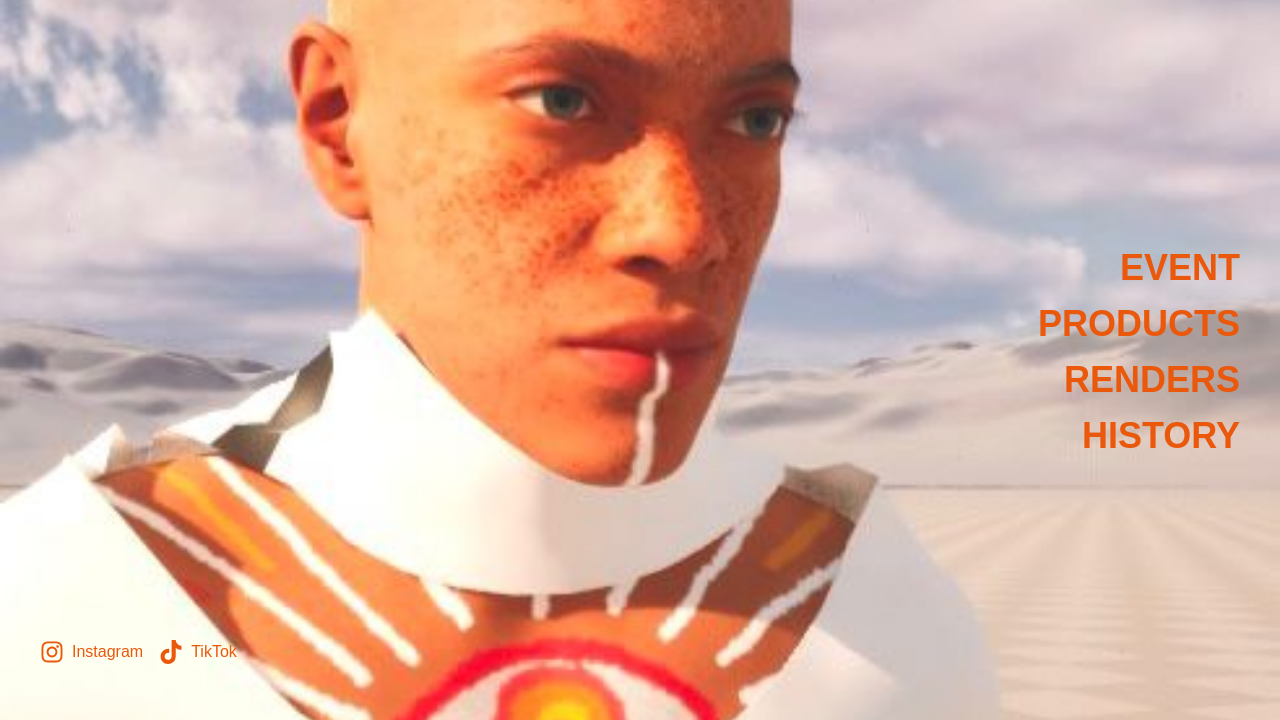
Repository: BOGARTCONCEPT/bogart-web
Page: /
These files come from the project's save history. The page is drawn as it stood at one moment and after the next save; the edit follows.
The browser window is 1280 px wide. The pictures show the whole page.
The project was rebuilt for these pictures with package versions that can differ from the ones it lists, and the page was loaded fresh each time. The framework's server and built-in components were replaced by stand-ins that run in the browser. Also part of the build but not shown: next.config.ts.

Above is the page before, as saved 2025-02-11 09:21:31.

### src/app/page.tsx
import HomeComponent from "@/components/HomeComponent";

export default function Home() {
  return (
    <HomeComponent />
  );
}

### src/components/HomeComponent.tsx
import { FontAwesomeIcon } from "@fortawesome/react-fontawesome"
import { faInstagram } from "@fortawesome/free-brands-svg-icons/faInstagram"
import { faTiktok } from "@fortawesome/free-brands-svg-icons/faTiktok"
import Link from "next/link"

const menuItems = [
  { text: "EVENT", url: "https://www.fourvenues.com/es/bogart", enabled: true },
  { text: "PRODUCTS", url: "/products", enabled: false },
  { text: "RENDERS", url: "/renders", enabled: false },
  { text: "HISTORY", url: "/history", enabled: false },
]

export default function HomeComponent() {
  return (
    <div
      className="relative min-h-screen flex flex-col font-geist"
      style={{
        backgroundImage: `url('/imgs/bogart3d.jpeg')`,
        backgroundSize: "cover",
        backgroundRepeat: "no-repeat",
        backgroundPosition: "center",
      }}
    >
      {/* Right side menu */}
      <div className="absolute right-10 top-1/2 transform -translate-y-1/2 text-right">
        {menuItems.map((item, index) => (
          <Link
            key={index}
            href={item.enabled ? item.url : ''}
            className="group block mb-4 text-4xl font-bold text-orange-600 hover:text-gray-700 transition-all duration-300 ease-in-out"
          >
            <span className="inline-block transform transition-all duration-300 ease-in-out group-hover:skew-x-12 group-hover:scale-90 origin-right">
              {item.text}
            </span>
          </Link>
        ))}
      </div>

      {/* Bottom social links */}
      <div className="mt-auto w-full flex justify-start items-end p-4 px-10 mb-10">
        <div className="flex space-x-4">
          <a
            href="https://www.instagram.com/bogartconcept/"
            target="_blank"
            rel="noopener noreferrer"
            className="flex items-center space-x-2 text-orange-600 hover:text-gray-700 transition-colors"
          >
            <FontAwesomeIcon icon={faInstagram} className="w-6 h-6" />
            <span>Instagram</span>
          </a>
          <a
            href="https://www.tiktok.com/@bogartconcept"
            target="_blank"
            rel="noopener noreferrer"
            className="flex items-center space-x-2 text-orange-600 hover:text-gray-700 transition-colors"
          >
            <FontAwesomeIcon icon={faTiktok} className="w-6 h-6" />
            <span>TikTok</span>
          </a>
        </div>
      </div>
    </div>
  )
}

Loaded but not shown: src/app/layout.tsx (common file); src/app/globals.css (common file); tailwind.config.ts (common file)

After the next save:
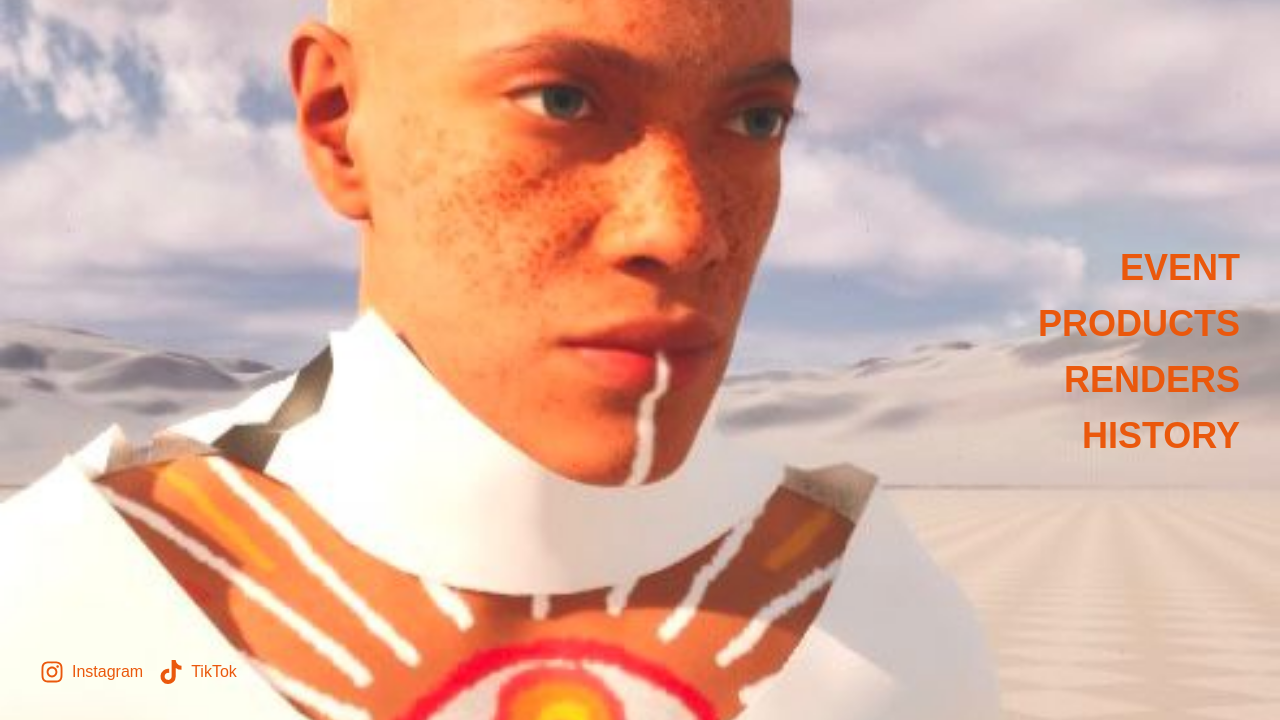
Saved 60 s later.
--- a/src/components/HomeComponent.tsx
+++ b/src/components/HomeComponent.tsx
@@ -37,7 +37,7 @@
       </div>
 
       {/* Bottom social links */}
-      <div className="mt-auto w-full flex justify-start items-end p-4 px-10 mb-10">
+      <div className="mt-auto w-full flex justify-start items-end p-4 px-10 mb-5">
         <div className="flex space-x-4">
           <a
             href="https://www.instagram.com/bogartconcept/"
